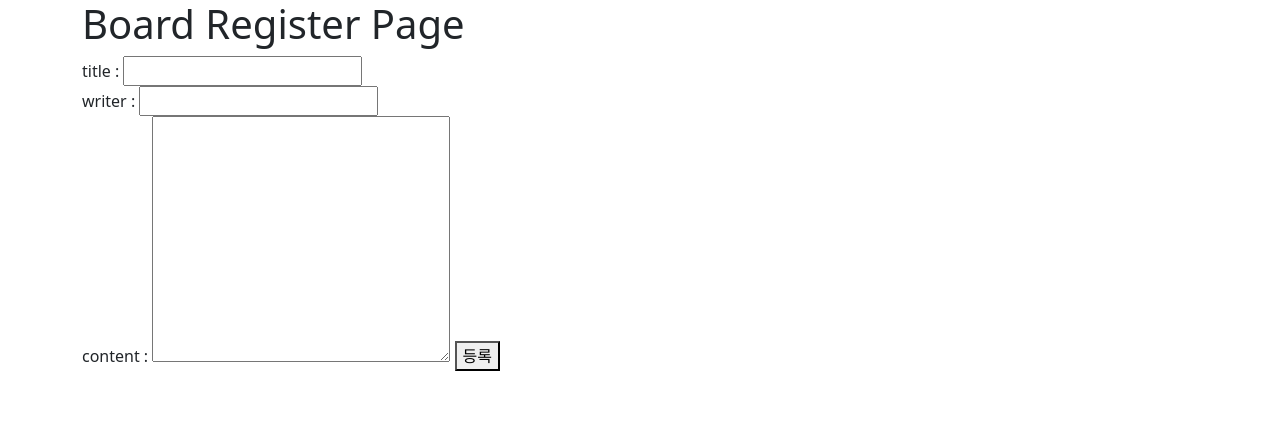
Repository: gajami-kim/240430_JSPJSTL_Study
Page: http://localhost/jsp_study2/brd/register
The author's editor kept a copy of each file at every save. The page is drawn from the files as they stood at one save, then again after the next save.
The browser window is 1280 px wide. The pictures show the whole page.
The page is served by Tomcat 9. Other server files are loaded and not shown.

Above is the page before, as saved 2024-04-16 09:05:34.

### _jsp_workspace2/jsp_study2/src/main/webapp/board/register.jsp
<%@ page language="java" contentType="text/html; charset=UTF-8"
    pageEncoding="UTF-8"%>
<!DOCTYPE html>
<html>
<head>
<meta charset="UTF-8">
<title>Insert title here</title>
<link href="https://cdn.jsdelivr.net/npm/bootstrap@5.3.3/dist/css/bootstrap.min.css" rel="stylesheet" integrity="sha384-QWTKZyjpPEjISv5WaRU9OFeRpok6YctnYmDr5pNlyT2bRjXh0JMhjY6hW+ALEwIH" crossorigin="anonymous">
<script src="https://cdn.jsdelivr.net/npm/bootstrap@5.3.3/dist/js/bootstrap.bundle.min.js" integrity="sha384-YvpcrYf0tY3lHB60NNkmXc5s9fDVZLESaAA55NDzOxhy9GkcIdslK1eN7N6jIeHz" crossorigin="anonymous"></script>
</head>
<body>
<div class="container-sm">
	<h1>Board Register Page</h1>
	<form action="/brd/insert" method="post">
		title : <input type="text" name="title"> <br>
		writer : <input type="text" name="writer" value="${ses.id }" readonly="readonly"> <br>
		content : <textarea rows="10" cols="30" name="content"></textarea>
		<button type="submit">등록</button>
	</form>
</div>
</body>
</html>

### _jsp_workspace2/jsp_study2/src/main/java/controller/BoardController.java
package controller;

import java.io.IOException;
import java.util.List;

import javax.servlet.RequestDispatcher;
import javax.servlet.ServletException;
import javax.servlet.annotation.WebServlet;
import javax.servlet.http.HttpServlet;
import javax.servlet.http.HttpServletRequest;
import javax.servlet.http.HttpServletResponse;

import org.slf4j.Logger;
import org.slf4j.LoggerFactory;

import domain.BoardVO;
import service.BoardService;
import service.BoardServiceImpl;


@WebServlet("/brd/*")
public class BoardController extends HttpServlet {
	private static final long serialVersionUID = 1L;
    private static final Logger log = LoggerFactory.getLogger(BoardController.class);

    private RequestDispatcher rdp;
    private String destPage="";
    private int isOk;
    private BoardService bsv;

    public BoardController() {
    	bsv = new BoardServiceImpl();
    }


	protected void service(HttpServletRequest request, HttpServletResponse response) throws ServletException, IOException {
		//메서드 실행
//		log.info("잘들어오는지 test");
		request.setCharacterEncoding("utf-8");
		response.setCharacterEncoding("utf-8");
		response.setContentType("text/html; charset=UTF-8");

		String uri = request.getRequestURI();
		String path = uri.substring(uri.lastIndexOf("/")+1);
		log.info(path);

		switch(path) {
		case "register":
			destPage = "/board/register.jsp";
			break;
		case "insert":
			try {
				String title = request.getParameter("title");
				String writer = request.getParameter("writer");
				String content = request.getParameter("content");
				BoardVO bvo = new BoardVO(title, writer, content);
				int isOk = bsv.insert(bvo);
				log.info("insert isOk>>>{}",isOk);
				destPage = "/index.jsp";
			} catch (Exception e) {
				e.printStackTrace();
			}
			break;
		case "list":
			try {
				List<BoardVO> list = bsv.getList();
				log.info("list isOk>>>{}",list);
				request.setAttribute("list", list);
				destPage = "/board/list.jsp";
			} catch (Exception e) {
				e.printStackTrace();
			}
			break;
		case "detail": case "modify":
			try {
				int bno = Integer.parseInt(request.getParameter("bno"));
				log.info(">>>> "+bno);
				BoardVO bvo = bsv.getDetail(bno);
				log.info("detail isOk>>>{}",bvo);
				request.setAttribute("bvo", bvo);
				destPage="/board/"+path+".jsp";
			} catch (Exception e) {
				e.printStackTrace();
			}
			break;
		case "update":
			try {
				int bno = Integer.parseInt(request.getParameter("bno"));
				String title = request.getParameter("title");
				String content = request.getParameter("content");
				BoardVO bvo = new BoardVO(bno,title,content);
				int isOk = bsv.update(bvo);
				log.info("update isOk>>>{}",isOk);
				destPage = "detail";
			} catch (Exception e) {
				e.printStackTrace();
			}
			break;
		case "delete":
			try {
				int bno = Integer.parseInt(request.getParameter("bno"));
				int isOk = bsv.remove(bno);
				log.info("delete isOk>>>{}",isOk);
				destPage = "/brd/list";
			} catch (Exception e) {
				e.printStackTrace();
			}
			break;
		}

		rdp = request.getRequestDispatcher(destPage);
		rdp.forward(request, response);
	}


	protected void doGet(HttpServletRequest request, HttpServletResponse response) throws ServletException, IOException {
		service(request,response);
	}


	protected void doPost(HttpServletRequest request, HttpServletResponse response) throws ServletException, IOException {
		service(request,response);
	}

}

### _jsp_workspace2/jsp_study2/src/main/java/service/BoardServiceImpl.java
package service;

import java.util.List;

import org.slf4j.Logger;
import org.slf4j.LoggerFactory;

import domain.BoardVO;
import repository.BoardDAO;
import repository.BoardDAOImpl;

public class BoardServiceImpl implements BoardService {

	private static final Logger log = LoggerFactory.getLogger(BoardServiceImpl.class);
	private BoardDAO bdao;

	public BoardServiceImpl() {
		bdao = new BoardDAOImpl();
	}

	@Override
	public int insert(BoardVO bvo) {
		log.info("insert service in");
		return bdao.insert(bvo);
	}

	@Override
	public List<BoardVO> getList() {
		log.info("list service in");
		return bdao.list();
	}

	@Override
	public BoardVO getDetail(int bno) {
		log.info("detail service in");
		return bdao.detail(bno);
	}

	@Override
	public int update(BoardVO bvo) {
		log.info("detail service in");
		return bdao.update(bvo);
	}

	@Override
	public int remove(int bno) {
		log.info("remove service in");
		return bdao.delete(bno);
	}

}

### _jsp_workspace2/jsp_study2/src/main/java/repository/BoardDAO.java
package repository;

import java.util.List;

import domain.BoardVO;

public interface BoardDAO {

	int insert(BoardVO bvo);

	List<BoardVO> list();

	BoardVO detail(int bno);

	int update(BoardVO bvo);

	int delete(int bno);

}

### _jsp_workspace2/jsp_study2/src/main/java/repository/BoardDAOImpl.java
package repository;

import java.util.List;

import org.apache.ibatis.session.SqlSession;
import org.slf4j.Logger;
import org.slf4j.LoggerFactory;

import domain.BoardVO;
import orm.DatabaseBuilder;

public class BoardDAOImpl implements BoardDAO {

	private static final Logger log = LoggerFactory.getLogger(BoardDAOImpl.class);
	private SqlSession sql;

	public BoardDAOImpl() {
		new DatabaseBuilder();
		sql = DatabaseBuilder.getFactory().openSession();
	}

	@Override
	public int insert(BoardVO bvo) {
		log.info("insert dao in");
		int isOk = sql.insert("BoardMapper.add",bvo);
		if(isOk>0) {sql.commit();}
		return isOk;
	}

	@Override
	public List<BoardVO> list() {
		log.info("list dao in");
		return sql.selectList("BoardMapper.list");
	}

	@Override
	public BoardVO detail(int bno) {
		log.info("list dao in");
		return sql.selectOne("BoardMapper.detail", bno);
	}

	@Override
	public int update(BoardVO bvo) {
		log.info("update dao in");
		int isOk = sql.update("BoardMapper.update",bvo);
		if(isOk>0) {sql.commit();}
		return isOk;
	}

	@Override
	public int delete(int bno) {
		log.info("delete dao in");
		int isOk = sql.delete("BoardMapper.remove",bno);
		if(isOk>0) {sql.commit();}
		return isOk;
	}

}

### _jsp_workspace2/jsp_study2/src/main/java/orm/DatabaseBuilder.java
package orm;

import org.apache.ibatis.io.Resources;
import org.apache.ibatis.session.SqlSessionFactory;
import org.apache.ibatis.session.SqlSessionFactoryBuilder;

public class DatabaseBuilder {

	private static SqlSessionFactory factory;
	private static final String CONFIG = "orm/mybatisConfig.xml";

	static {
		try {
			factory = new SqlSessionFactoryBuilder().build(
					Resources.getResourceAsReader(CONFIG));
		} catch (Exception e) {
			e.printStackTrace();
		}
	}

	public static SqlSessionFactory getFactory() {
		//싱글톤
		return factory;
	}
}

### _jsp_workspace2/jsp_study2/src/main/java/domain/BoardVO.java
package domain;

public class BoardVO {

	private int bno;
	private String title;
	private String writer;
	private String content;
	private String regdate;
	private String moddate;

	public BoardVO() {}

	//게시글 작성용
	public BoardVO(String title, String writer, String content) {
		this.title = title;
		this.writer = writer;
		this.content = content;
	}

	//게시글 수정용
	public BoardVO(int bno, String title, String content) {
		this.bno = bno;
		this.title = title;
		this.content = content;
	}

	//게시글 전체목록 출력용
	public BoardVO(int bno, String title, String writer, String regdate) {
		this.bno = bno;
		this.title = title;
		this.writer = writer;
		this.regdate = regdate;
	}

	//게시글 상세 출력용
	public BoardVO(int bno, String title, String writer, String content, String regdate, String moddate) {
		this(bno, title, writer, regdate);
		this.content = content;
		this.moddate = moddate;
	}

	public int getBno() {
		return bno;
	}

	public void setBno(int bno) {
		this.bno = bno;
	}

	public String getTitle() {
		return title;
	}

	public void setTitle(String title) {
		this.title = title;
	}

	public String getWriter() {
		return writer;
	}

	public void setWriter(String writer) {
		this.writer = writer;
	}

	public String getContent() {
		return content;
	}

	public void setContent(String content) {
		this.content = content;
	}

	public String getRegdate() {
		return regdate;
	}

	public void setRegdate(String regdate) {
		this.regdate = regdate;
	}

	public String getModdate() {
		return moddate;
	}

	public void setModdate(String moddate) {
		this.moddate = moddate;
	}

	@Override
	public String toString() {
		return "BoardVO [bno=" + bno + ", title=" + title + ", writer=" + writer + ", content=" + content + ", regdate="
				+ regdate + ", moddate=" + moddate + "]";
	}



}

### _jsp_workspace2/jsp_study2/src/main/java/domain/memberVO.java
package domain;

public class memberVO {

	private String id;
	private String pwd;
	private String email;
	private int age;
	private String phone;
	private String regdate;
	private String lastlogin;

	public memberVO() {}

	//회원가입용
	public memberVO(String id, String pwd, String email, int age, String phone) {
		this.id = id;
		this.pwd = pwd;
		this.email = email;
		this.age = age;
		this.phone = phone;
	}

	//로그인용
	public memberVO(String id, String pwd) {
		this.id = id;
		this.pwd = pwd;
	}

	//수정용, 멤버 리스트 출력용
	public memberVO(String id, String email, int age, String phone, String lastlogin) {
		this.id = id;
		this.email = email;
		this.age = age;
		this.phone = phone;
		this.lastlogin = lastlogin;
	}

	//모든데이터출력
	public memberVO(String id, String pwd, String email, int age, String phone, String regdate, String lastlogin) {
		this(id, email, age, phone, lastlogin);
		this.pwd = pwd;
		this.regdate = regdate;
	}

	public String getId() {
		return id;
	}

	public void setId(String id) {
		this.id = id;
	}

	public String getPwd() {
		return pwd;
	}

	public void setPwd(String pwd) {
		this.pwd = pwd;
	}

	public String getEmail() {
		return email;
	}

	public void setEmail(String email) {
		this.email = email;
	}

	public int getAge() {
		return age;
	}

	public void setAge(int age) {
		this.age = age;
	}

	public String getPhone() {
		return phone;
	}

	public void setPhone(String phone) {
		this.phone = phone;
	}

	public String getRegdate() {
		return regdate;
	}

	public void setRegdate(String regdate) {
		this.regdate = regdate;
	}

	public String getLastlogin() {
		return lastlogin;
	}

	public void setLastlogin(String lastlogin) {
		this.lastlogin = lastlogin;
	}

	@Override
	public String toString() {
		return "memberVO [id=" + id + ", pwd=" + pwd + ", email=" + email + ", age=" + age + ", phone=" + phone
				+ ", regdate=" + regdate + ", lastlogin=" + lastlogin + "]";
	}



}

After the next save:
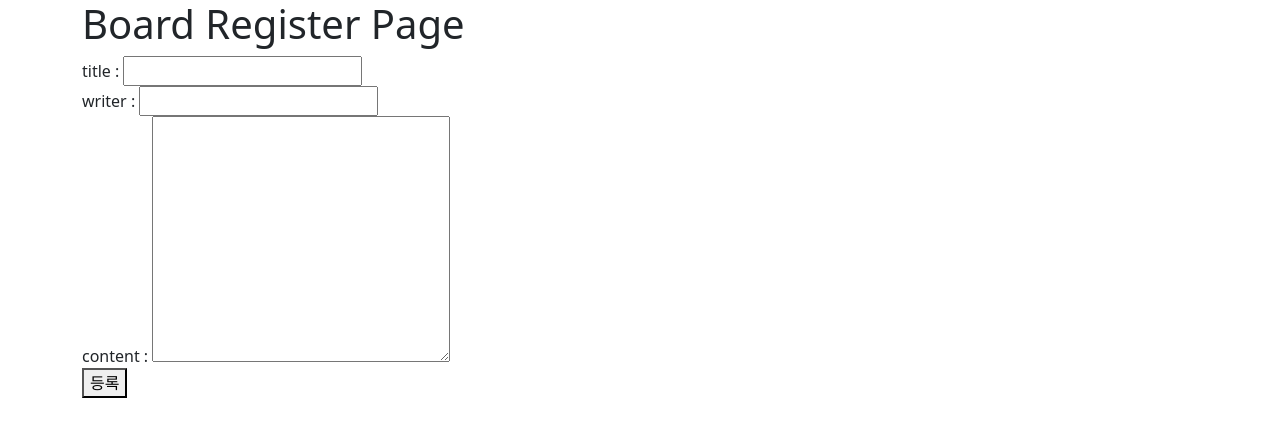
Saved 45 s later.
--- a/_jsp_workspace2/jsp_study2/src/main/webapp/board/register.jsp
+++ b/_jsp_workspace2/jsp_study2/src/main/webapp/board/register.jsp
@@ -14,7 +14,7 @@
 	<form action="/brd/insert" method="post">
 		title : <input type="text" name="title"> <br>
 		writer : <input type="text" name="writer" value="${ses.id }" readonly="readonly"> <br>
-		content : <textarea rows="10" cols="30" name="content"></textarea>
+		content : <textarea rows="10" cols="30" name="content"></textarea> <br>
 		<button type="submit">등록</button>
 	</form>
 </div>
